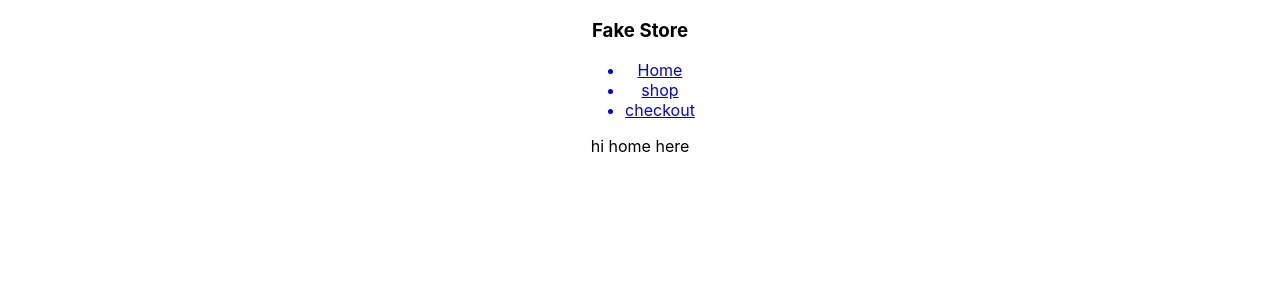
Repository: 0101chaitanya/shopping-cart
Page: /
These files come from the project's save history. The page is drawn as it stood at one moment and after the next save; the edit follows.
The browser window is 1280 px wide. The pictures show the whole page.
Some web libraries are served in a nearby version. The project was rebuilt for these pictures with package versions that can differ from the ones it lists, and the page was loaded fresh each time. Also part of the build but not shown: src/components/Book.js, src/components/Shop.js, src/components/Checkout.js.

Above is the page before, as saved 2021-08-03 17:34:03.

### public/index.html
<!DOCTYPE html>
<html lang="en">

  <head>
    <meta charset="utf-8" />
    <link rel="icon" href="%PUBLIC_URL%/favicon.ico" />
    <meta name="viewport" content="width=device-width, initial-scale=1" />
    <meta name="theme-color" content="#000000" />
    <meta name="description" content="Web site created using create-react-app" />
    <link rel="apple-touch-icon" href="%PUBLIC_URL%/logo192.png" />
    <!--
      manifest.json provides metadata used when your web app is installed on a
      user's mobile device or desktop. See https://developers.google.com/web/fundamentals/web-app-manifest/
    -->
    <link rel="manifest" href="%PUBLIC_URL%/manifest.json" />
    <!--
      Notice the use of %PUBLIC_URL% in the tags above.
      It will be replaced with the URL of the `public` folder during the build.
      Only files inside the `public` folder can be referenced from the HTML.

      Unlike "/favicon.ico" or "favicon.ico", "%PUBLIC_URL%/favicon.ico" will
      work correctly both with client-side routing and a non-root public URL.
      Learn how to configure a non-root public URL by running `npm run build`.
    -->
    <script src="https://kit.fontawesome.com/3dcaf9f6de.js" crossorigin="anonymous"></script>
    <title>React App</title>
  </head>

  <body>
    <noscript>You need to enable JavaScript to run this app.</noscript>
    <div id="root"></div>
    <!--
      This HTML file is a template.
      If you open it directly in the browser, you will see an empty page.

      You can add webfonts, meta tags, or analytics to this file.
      The build step will place the bundled scripts into the <body> tag.

      To begin the development, run `npm start` or `yarn start`.
      To create a production bundle, use `npm run build` or `yarn build`.
    -->
  </body>

</html>

### src/App.js
import "./App.css";
import React from "react";
import { BrowserRouter as Router, Route, Switch } from "react-router-dom";
import Nav from "./components/Nav";
import Home from "./components/Home";
import Shop from "./components/Shop";
import Checkout from "./components/Checkout";
function App() {
  return (
    <Router>
      <div className="App">
        <Nav />

        <Switch>
          <Route path="/" exact component={Home} />
          <Route path="/shop" exact component={Shop} />
          <Route path="/checkout" exact component={Checkout} />
        </Switch>
      </div>
    </Router>
  );
}

export default App;

### src/App.css
.App {
  text-align: center;
}
html,
body,
.App {
  display: flex;
  flex-direction: column;
  justify-content: center;
  align-items: center;
}

### src/components/Nav.js
import React, { useState, useEffect } from "react";
import { Link } from "react-router-dom";
const Nav = () => {
  return (
    <nav>
      <h3>Fake Store</h3>
      <ul className="nav-links">
        <Link className="links" to="/">
          <li>Home</li>
        </Link>
        <Link className="links" to="/shop">
          <li>shop</li>
        </Link>
        <Link className="links" to="/checkout">
          <li>checkout</li>
        </Link>
      </ul>
    </nav>
  );
};
export default Nav;

### src/components/Home.js
import React, { useState, useEffect } from "react";

const Home = () => {
  return <div>hi home here</div>;
};
export default Home;

Loaded but not shown: src/index.js (common file); src/index.css (common file); src/reportWebVitals.js (common file)

After the next save:
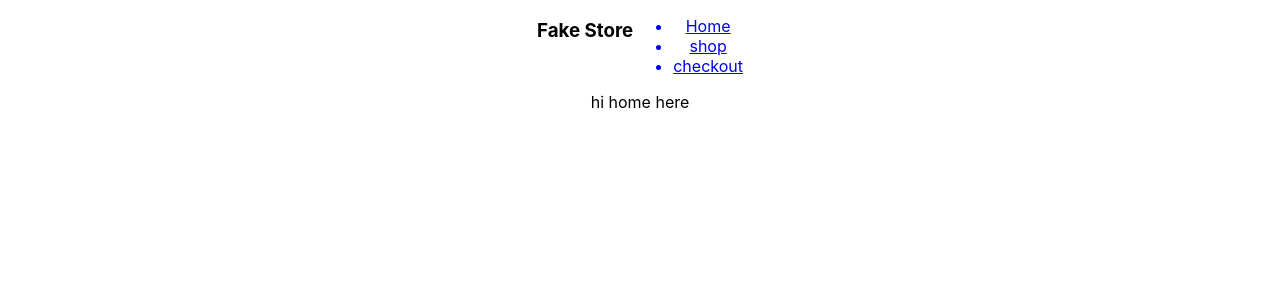
Saved 40 s later.
--- a/src/App.css
+++ b/src/App.css
@@ -9,3 +9,6 @@ body,
   justify-content: center;
   align-items: center;
 }
+nav {
+  display: flex;
+}
